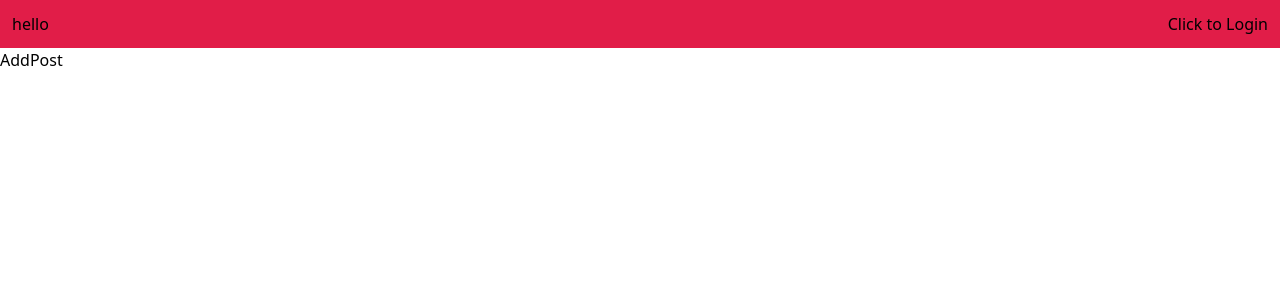
Repository: Semanmernstack/fullstack-prisma-build
Page: /
The author's editor kept a copy of each file at every save. The page is drawn from the files as they stood at one save, then again after the next save.
The browser window is 1280 px wide. The pictures show the whole page.
The page's requests for data from a server got no answer. The project was rebuilt for these pictures with package versions that can differ from the ones it lists, and the page was loaded fresh each time. The framework's server and built-in components were replaced by stand-ins that run in the browser. No one was signed in, and anything a server would have sent is missing. Also part of the build but not shown: next.config.js, app/authfront/Logged.tsx.

Above is the page before, as saved 2023-03-12 08:33:34.

After the next save:
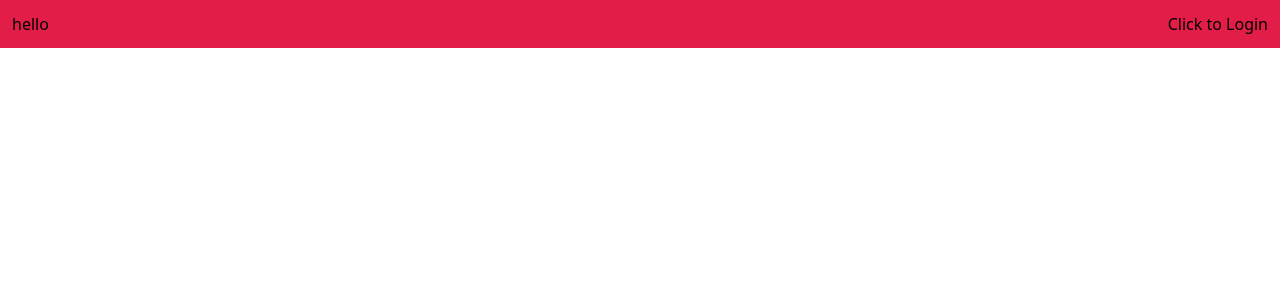
Saved 73 s later.
--- a/app/page.tsx
+++ b/app/page.tsx
@@ -1,5 +1,5 @@
 import Image from 'next/image'
-import AddPost from './components/AddPost'
+
 
 
 
@@ -7,7 +7,7 @@ import AddPost from './components/AddPost'
 export default function Home() {
   return (
     <div>
-      <AddPost/>
+
     </div>
   )
 }
